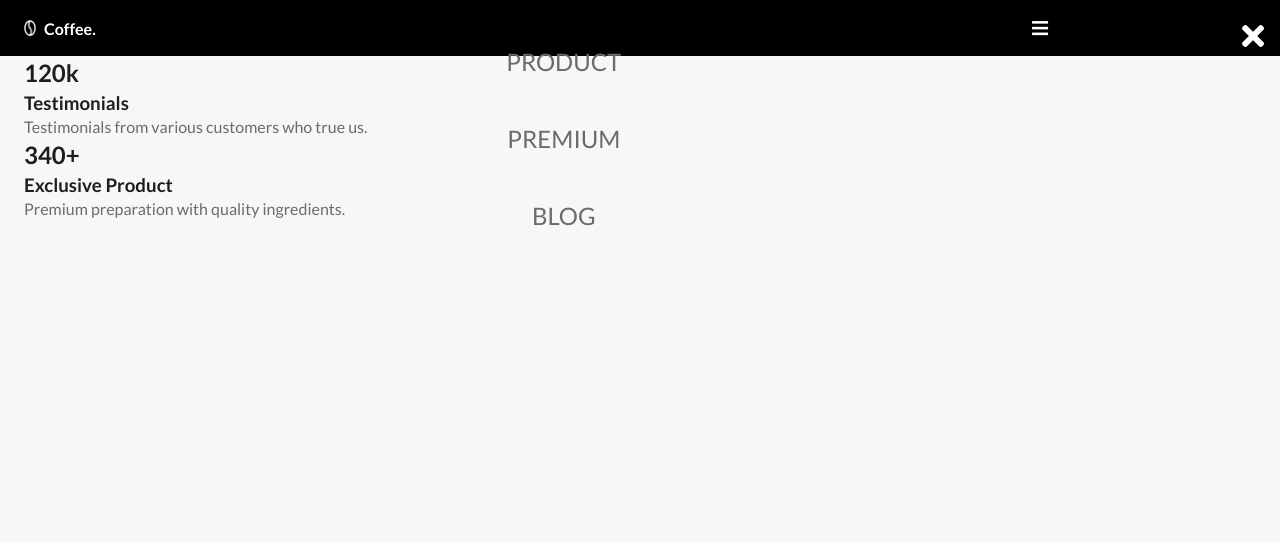
Repository: Nguyenductuan-dev/Website-coffee
Page: index.html
An editor plug-in stored every save of this project. The page is shown before and after the next save, followed by the edit.
The browser window is 1280 px wide. The pictures show the whole page.

Above is the page before, as saved 2022-04-03 16:40:15.

### index.html
<!DOCTYPE html>
<html lang="en">
<head>
    <meta charset="UTF-8">
    <meta http-equiv="X-UA-Compatible" content="IE=edge">
    <meta name="viewport" content="width=device-width, initial-scale=1.0">
    <link rel="shortcut icon" href="assets/imgs/favicon.png" type="image/x-icon">
    <link rel="stylesheet" href="https://cdnjs.cloudflare.com/ajax/libs/font-awesome/5.15.1/css/all.min.css" />
    <link rel="preconnect" href="https://fonts.googleapis.com">
    <link rel="preconnect" href="https://fonts.gstatic.com" crossorigin>
    <link href="https://fonts.googleapis.com/css2?family=Lato:wght@400;700&family=Montserrat:ital,wght@0,200;0,300;0,400;0,500;0,600;0,700;1,600&display=swap" rel="stylesheet">
    <link rel="stylesheet" href="assets/css/style.css">
    <title>Website coffee</title>
</head>
<body>
    <!-- ============================ HEADER =========================== -->
    <header class="header" id="header">
        <nav class="nav container">
            <a href="/" class="nav__logo">
                <img src="assets/imgs/logo.png" alt="" class="nav__logo-img">
                Coffee.
            </a>

            <div class="nav__menu" id="nav-menu">
                <ul class="nav__list">
                    <li class="nav__item">
                        <a href="#home" class="nav__link">Home</a>
                    </li>
                    <li class="nav__item">
                        <a href="#product" class="nav__link">Product</a>
                    </li>
                    <li class="nav__item">
                        <a href="#premium" class="nav__link">Premium</a>
                    </li>
                    <li class="nav__item">
                        <a href="#blog" class="nav__link">Blog</a>
                    </li>
                </ul>

                <div class="nav__close" id="nav-close">
                    <i class="fas fa-times"></i>
                </div>
            </div>

            <!-- Toggle button -->
            <div class="nav__toggle" id="nav-toggle">
                <i class="fas fa-bars"></i>
            </div>
        </nav>
    </header>

    <!-- ============================ MAIN =============================  -->
    <main>
        <!-- ======================== HOME ============================= -->
        <section class="home grid" id="home">
            <div class="home__container">
                <div class="home__content container">
                    <h1 class="home__title">
                        Choose Your Favorite Coffee And Endjoy<span>,</span>
                    </h1>
                   <p class="home__description">
                       Buy the best and delicius coffees.
                   </p>

                   <div class="home__date">
                       <div class="home__data-group">
                           <h2 class="home__data-number">120k</h2>
                           <h3 class="home-data-title">Testimonials</h3>
                           <p class="home__data-description">
                               Testimonials from various customers who true us.
                           </p>
                       </div>

                       <div class="home__data-group">
                        <h2 class="home__data-number">340+</h2>
                        <h3 class="home-data-title">Exclusive Product</h3>
                        <p class="home__data-description">
                            Premium preparation with quality ingredients.
                        </p>
                    </div>
                   </div>

                </div>
            </div>
        </section>
    </main>



    <script src="assets/js/main.js"></script>
</body>
</html>

### assets/css/style.css
:root {
    --header-height: 3.5rem;
    /* ===============Color=============== */
    --first-color: hsl(36, 72%, 48%);
    --first-color-alt: hsl(36, 72%, 44%);
    --black-color: hsl(206, 12%, 12%);
    --card-color: hsl(0, 0%, 90%);
    --tittle-color: hsl(206, 12%, 12%);
    --text-color: hsl(206, 4%, 42%);
    --tittle-color-light: hsl(206, 4%, 75%);
    --body-color: hsl(206, 4%, 97%);
    --container-color: #fff;

    /* ==============Font=============== */
    --body-font: 'Lato', sans-serif;
    --biggest-font-size: 2.25rem;
    --h1-font-size: 1.5rem;
    --h2-font-size: 1.25rem;
    --h3-font-size: 1rem;
    --normal-font-size: .938rem;
    --small-font-size: .813rem;
    --smaller-font-size: .75rem;

    /* ==============Font weidth========= */
    --font-bold: 700;

    /* ==============Z-index============= */
    --z-tooltip: 10;
    --z-fixed: 100;
}

@media screen and (min-width: 968px){
    :root {
        --biggest-font-size: 3.5rem;
        --h1-font-size: 2.25rem;
        --h2-font-size: 1.5rem;
        --h3-font-size: 1.25rem;
        --normal-font-size: 1rem;
        --small-font-size: .875rem;
        --smaller-font-size: .813rem;
    }
}

/* =================BASE================== */
* {
    padding: 0;
    margin: 0;
    box-sizing: border-box;
}

html {
    scroll-behavior: smooth;
}

body {
    font-family: var(--body-font);
    font-size: var(--normal-font-size);
    background-color: var(--body-color);
    color: var(--text-color);
}

h1,h2,h3 {
    color: var(--tittle-color);
    font-weight: var(--font-bold);
}

h1,h2,h3,p {
    line-height: 140%;
}

ul {
    list-style: none;

}
a {
    text-decoration: none;
}
img {
    max-width: 100%;
    height: auto;
}
button {
    border: none;
    outline: none;
    cursor: pointer;
}

.container {
    max-width: 1024px;
    margin-left: 1.5rem;
    margin-right: 1.5rem;
}
.grid {
    display: grid;
    gap: 1.5rem;
}
.section {
    padding: 4.5rem 0 2rem;
}
.section__title {
    position: relative;
    font-size: var(--h1-font-size);
    padding-left: 1.25rem;
    margin-bottom: 2.5rem;
}
.section__title::before {
    content: '';
    position: absolute;
    top: 8px;
    left: 0;
    width: 3px;
    height: 20px;
    background-color: var(--first-color);
}
/* ====================== HEADER & NAV ====================*/
.header {
    width: 100%;
    background: #000;
    position: fixed;
    top: 0;
    left: 0;
    z-index: var(--z-fixed);
}
.nav {
    height: var(--header-height);
    display: flex;
    justify-content: space-between;
    align-items: center;
}
.nav__logo,
.nav__toggle {
    color: #fff;
}
.nav__logo {
    display: flex;
    align-items: center;
    column-gap: .5rem;
    font-weight: var(--font-bold);
}
.nav__logo-img {
    width: .75rem;
}
.nav__toggle {
    display: inline-flex;
    font-size: 1.15rem;
    cursor: pointer;
}

@media screen and (max-width: 767px) {
    .nav__menu {
        position: fixed;
        background-color: var(--black-color);
        top: 0;
        right: -100%;
        width: 100%;
        height: 100%;
        transition: .3s;
    }
}

.nav__list {
    display: flex;
    flex-direction: column;
    text-align: center;
    row-gap: 3rem;
    padding-top: 9rem;
}
.nav__link {
    text-transform: uppercase;
    color: var(--text-color-light);
    font-size: var(--h2-font-size);
    transition: .3s;
}
.nav__link:hover {
    color: #fff;
}
.nav__close {
    font-size: 2rem;
    color: #fff;
    position: absolute;
    top: 1rem;
    right: 1rem;
    cursor: pointer;
}

/* =========== Show menu ============ */
.show-menu {
    right: 0;

}

### assets/js/main.js


/* ===================== SHOW MENU ========================= */
const navMenu = document.getElementById('nav-menu');
const navToggle = document.getElementById('nav-toggle');
const navClose = document.getElementById('nav-close');

/* ==================== MENU SHOW ==========================*/
if(navToggle) {
    navToggle.addEventListener('click', () => {
        navMenu.classList.add('show-menu');
    })
}
/* ==================== MENU HIDEN ==========================*/

if(navClose) {
    navClose.addEventListener('click', () =>{
        navMenu.classList.remove('show-menu');
    })
}
/* ===================== REMOVE MENU MOBILE ========================= */
const navLink = document.querySelectorAll('.nav__link');
function linkAction() {
    const navMenu = document.getElementById('nav-menu');
    navMenu.classList.remove('show-menu');

}
navLink.forEach( n => n.addEventListener('click', linkAction));

After the next save:
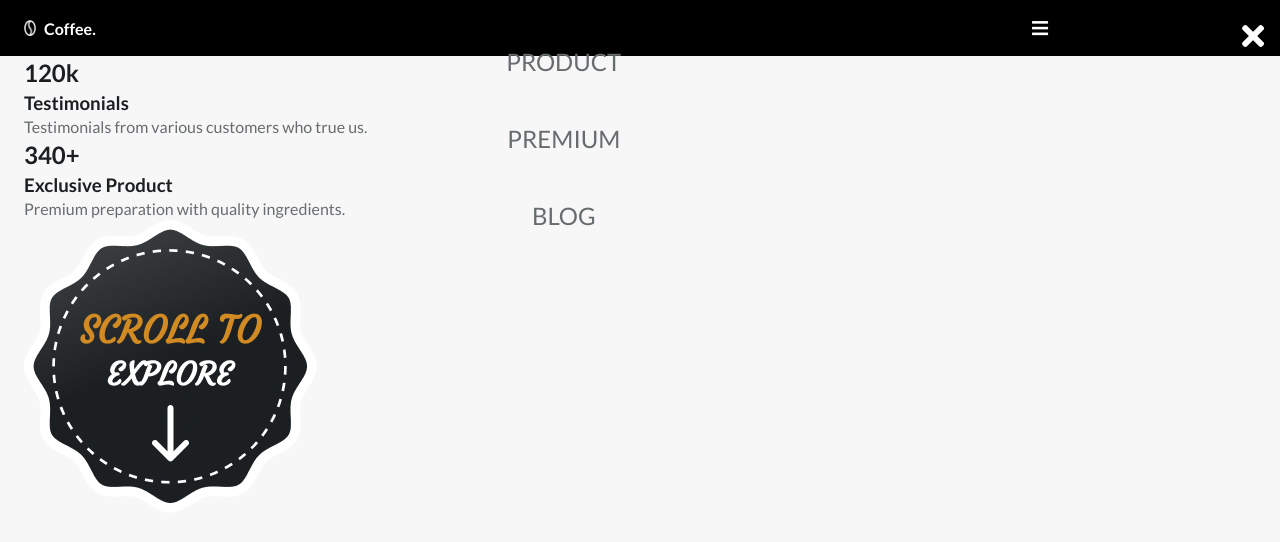
Saved 2 min 21 s later.
--- a/index.html
+++ b/index.html
@@ -62,7 +62,7 @@
                        Buy the best and delicius coffees.
                    </p>
 
-                   <div class="home__date">
+                   <div class="home__data">
                        <div class="home__data-group">
                            <h2 class="home__data-number">120k</h2>
                            <h3 class="home-data-title">Testimonials</h3>
@@ -80,6 +80,9 @@
                     </div>
                    </div>
 
+                   <a href="#specialty">
+                       <img src="assets/imgs/scroll.png" alt="" class="home__scroll">
+                   </a>
                 </div>
             </div>
         </section>
